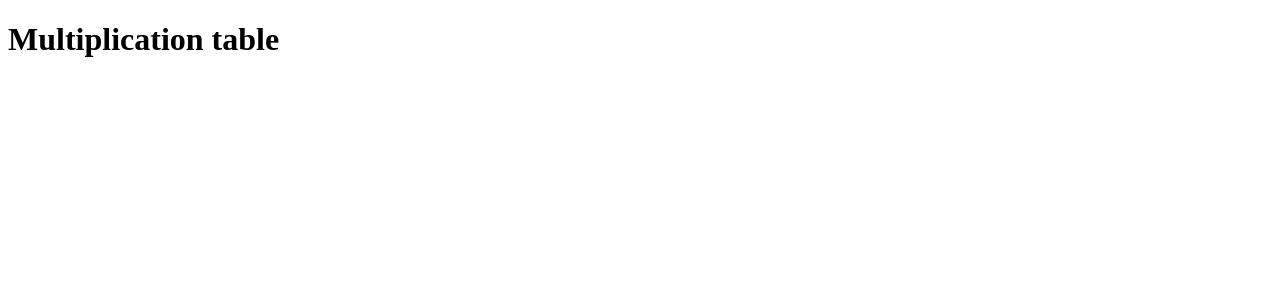
Repository: hoa-nguyen-bk/Module_3
Page: http://localhost/Bai3_JSP/btvn_3_3_multiplication_table.jsp
An editor plug-in stored every save of this project. The page is shown before and after the next save, followed by the edit.
The browser window is 1280 px wide. The pictures show the whole page.
The page is served by Tomcat 9. Other server files are loaded and not shown.

Above is the page before, as saved 2024-08-06 12:26:54.

### Bai3_JSP/src/main/webapp/btvn_3_3_multiplication_table.jsp
<%@ page language="java" contentType="text/html; charset=UTF-8"
    pageEncoding="UTF-8"%>
<!DOCTYPE html>
<html>
<head>
<meta charset="UTF-8">
<title>Multiplication table</title>
<!-- sử dụng jstl với el -->
</head>
<body>
<h1>Multiplication table</h1>
<form method="post" ></form>

</body>
</html>

After the next save:
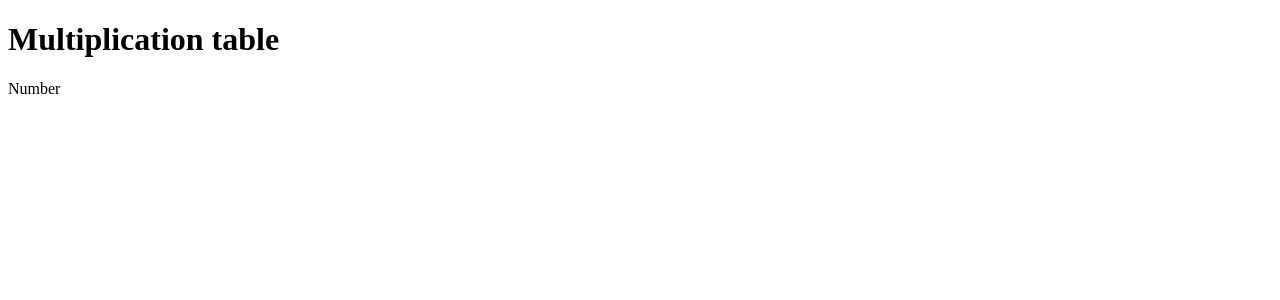
Saved 101 s later.
--- a/Bai3_JSP/src/main/webapp/btvn_3_3_multiplication_table.jsp
+++ b/Bai3_JSP/src/main/webapp/btvn_3_3_multiplication_table.jsp
@@ -9,7 +9,10 @@
 </head>
 <body>
 <h1>Multiplication table</h1>
-<form method="post" ></form>
+<form method="post" >
+	<p>Number</p>
+
+</form>
 
 </body>
 </html>
